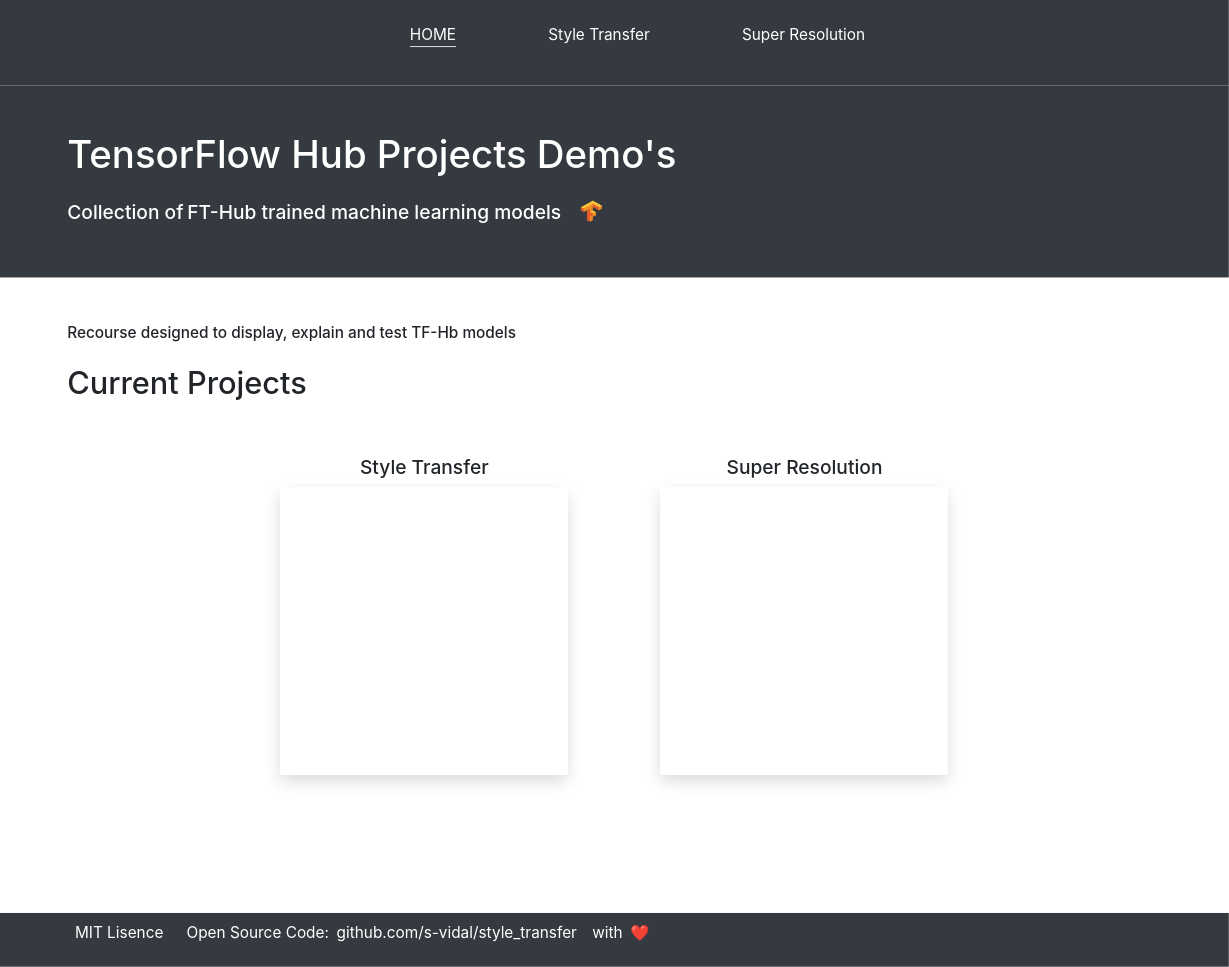
Repository: s-vidal/style_transfer
Page: / (app in client/)
An editor plug-in stored every save of this project. The page is shown before and after the next save, followed by the edit.
The browser window is 1280 px wide. The pictures show the whole page, at 96% of full size.
The page's requests for data from a server got no answer. The project was rebuilt for these pictures with package versions that can differ from the ones it lists, and the page was loaded fresh each time. A package was used in the major version that the imports need, not the one package.json lists. No one was signed in, and anything a server would have sent is missing. Also part of the build but not shown: client/src/components/DropZone.jsx, client/src/lib/api.js, client/src/components/Inference.jsx, client/src/components/Header.jsx, client/src/pages/StyleTransfer.jsx, client/src/pages/SuperResolution.jsx.

Above is the page before, as saved 2020-09-30 16:23:33.

### client/public/index.html
<!DOCTYPE html>
<html lang="en">
  <head>
    <meta charset="utf-8" />
    <link rel="icon" href="%PUBLIC_URL%/favicon.ico" />
    <meta name="viewport" content="width=device-width, initial-scale=1" />
    <meta name="theme-color" content="#000000" />
    <meta
      name="description"
      content="Web site created using create-react-app"
    />
    <link rel="apple-touch-icon" href="%PUBLIC_URL%/logo192.png" />
    <!--
      manifest.json provides metadata used when your web app is installed on a
      user's mobile device or desktop. See https://developers.google.com/web/fundamentals/web-app-manifest/
    -->
    <link rel="manifest" href="%PUBLIC_URL%/manifest.json" />
    <!--
      Notice the use of %PUBLIC_URL% in the tags above.
      It will be replaced with the URL of the `public` folder during the build.
      Only files inside the `public` folder can be referenced from the HTML.

      Unlike "/favicon.ico" or "favicon.ico", "%PUBLIC_URL%/favicon.ico" will
      work correctly both with client-side routing and a non-root public URL.
      Learn how to configure a non-root public URL by running `npm run build`.
    -->
    <!-- CSS only -->
    <link
      rel="stylesheet"
      href="https://stackpath.bootstrapcdn.com/bootstrap/4.5.2/css/bootstrap.min.css"
      integrity="sha384-JcKb8q3iqJ61gNV9KGb8thSsNjpSL0n8PARn9HuZOnIxN0hoP+VmmDGMN5t9UJ0Z"
      crossorigin="anonymous"
    />
    <title>React App</title>
  </head>
  <body>
    <noscript>You need to enable JavaScript to run this app.</noscript>
    <div id="root"></div>
    <!--
      This HTML file is a template.
      If you open it directly in the browser, you will see an empty page.

      You can add webfonts, meta tags, or analytics to this file.
      The build step will place the bundled scripts into the <body> tag.

      To begin the development, run `npm start` or `yarn start`.
      To create a production bundle, use `npm run build` or `yarn build`.
    -->
    <!-- JS, Popper.js, and jQuery -->
    <script
      src="https://code.jquery.com/jquery-3.5.1.slim.min.js"
      integrity="sha384-DfXdz2htPH0lsSSs5nCTpuj/zy4C+OGpamoFVy38MVBnE+IbbVYUew+OrCXaRkfj"
      crossorigin="anonymous"
    ></script>
    <script
      src="https://cdn.jsdelivr.net/npm/popper.js@1.16.1/dist/umd/popper.min.js"
      integrity="sha384-9/reFTGAW83EW2RDu2S0VKaIzap3H66lZH81PoYlFhbGU+6BZp6G7niu735Sk7lN"
      crossorigin="anonymous"
    ></script>
    <script
      src="https://stackpath.bootstrapcdn.com/bootstrap/4.5.2/js/bootstrap.min.js"
      integrity="sha384-B4gt1jrGC7Jh4AgTPSdUtOBvfO8shuf57BaghqFfPlYxofvL8/KUEfYiJOMMV+rV"
      crossorigin="anonymous"
    ></script>
  </body>
</html>

### client/src/App.js
import React from "react";
import {BrowserRouter as Router, Switch, Route} from "react-router-dom";
import "./App.css";
import StyleTransfer from "./pages/StyleTransfer";
import SuperResolution from "./pages/SuperResolution";
import Footer from "./components/Footer";
import NavBar from "./components/NavBar";
import HomePage from "./pages/HomePage";

function App() {
  return (
    <div>
      <Router>
        <NavBar />
        <Switch>
          <Route path="/super-resolution">
            <SuperResolution />
          </Route>
          <Route path="/style-transfer">
            <StyleTransfer />
          </Route>
          <Route path="/">
            <HomePage />
          </Route>
        </Switch>
        <Footer />
      </Router>
    </div>
  );
}

export default App;

### client/src/App.css
.vh-59 {
  min-height: 48vh;
}

.italic {
  font-style: italic;
}

### client/src/components/Footer.jsx
import React from "react";

const Footer = () => {
  return (
    <div className="text-white bg-dark">
      <div className="container mt-5">
        <div className="row p-2 mt-4">
          <p className="mr-4">MIT Lisence</p>
          <p>Open Source Code:</p>
          <a
            className="ml-2 text-white"
            href="https://github.com/s-vidal/style_transfer"
          >
            <span>github.com/s-vidal/style_transfer</span>
          </a>
          <p className="ml-3 mr-1"> with </p>
          <span role="img" aria-label="emoji" className="ml-1">
            ❤️
          </span>
        </div>
      </div>
    </div>
  );
};

export default Footer;

### client/src/components/NavBar.jsx
import React, {useState, useEffect} from "react";
import {Link, useLocation} from "react-router-dom";
import "./NavBar.css";

const NavBar = () => {
  const [currentPage, setCurrentPage] = useState("");
  const location = useLocation();

  useEffect(() => {
    const currentPath = location.pathname;
    setCurrentPage(currentPath.substring(1));
  }, [location]);

  return (
    <nav className="navbar navbar-expand-lg d-flex justify-content-center bg-dark pt-3 pb-3">
      <ul className="navbar-nav">
        <li className="nav-item">
          <Link className="nav-link pl-5 pr-5" to={"/"}>
            <div className="ml-5 ">
              <p
                className={
                  currentPage === ""
                    ? "text-white nav-text active border-bottom"
                    : "text-white nav-text"
                }
              >
                HOME
              </p>
            </div>
          </Link>
        </li>
        <li className="nav-item">
          <Link
            className="nav-link pl-5 pr-5 text-white"
            to={"/style-transfer"}
          >
            <p
              className={
                currentPage === "style-transfer"
                  ? "text-white nav-text active border-bottom"
                  : "text-white nav-text"
              }
            >
              Style Transfer
            </p>
          </Link>
        </li>
        <li className="nav-item active">
          <Link
            className="nav-link pl-5 pr-5 text-white"
            to={"/super-resolution"}
          >
            <p
              className={
                currentPage === "super-resolution"
                  ? "text-white nav-text active border-bottom"
                  : "text-white nav-text"
              }
            >
              Super Resolution
            </p>
          </Link>
        </li>
      </ul>
    </nav>
  );
};

export default NavBar;

### client/src/pages/HomePage.jsx
import React from "react";
import "../components/HomePage.css";

const HomePage = () => {
  return (
    <>
      <div className="bg-dark text-white p-4 pt-5 pb-5">
        <div className="container">
          <div className="row">
            <h1>TensorFlow Hub Projects Demo's</h1>
          </div>
          <div className="row mt-3">
            <h5>Collection of</h5>
            <a
              href="https://tfhub.dev/google/magenta/arbitrary-image-stylization-v1-256/2"
              className="pl-1 pr-1 text-white"
            >
              <h5>FT-Hub trained machine learning models</h5>
            </a>
            <img
              className="ml-3"
              src={require("../img/tf_logo.png")}
              alt="tf"
              width="22"
              height="22"
            ></img>
          </div>
        </div>
      </div>
      <div className="vh-59 p-5 pb-0">
        <div className="container p-0">
          <div>
            <h6 className="mb-4">
              Recourse designed to display, explain and test TF-Hb models
            </h6>
            <h2 className="mt-2">Current Projects</h2>
          </div>
          <div className="row d-flex justify-content-center">
            <div className="m-5">
              <h5 className="text-center">Style Transfer</h5>
              <div className="home-item shadow"></div>
            </div>
            <div className="m-5">
              <h5 className="text-center"> Super Resolution</h5>
              <div className="home-item shadow"></div>
            </div>
          </div>
        </div>
      </div>
    </>
  );
};

export default HomePage;

### client/src/components/NavBar.css
.nav-text:hover {
  border-bottom: 1px solid white;
  transition-duration: 0.5s ease-in-out;
}

### client/src/components/HomePage.css
.home-item {
  min-width: 300px;
  min-height: 300px;
}
.home-item:hover {
  cursor: pointer;
  transform: translate(3px, 3px);
  transition-duration: 0.5s ease-in-out;
}

Loaded but not shown: client/src/index.js (common file); client/src/index.css (common file); client/src/serviceWorker.js (common file)

After the next save:
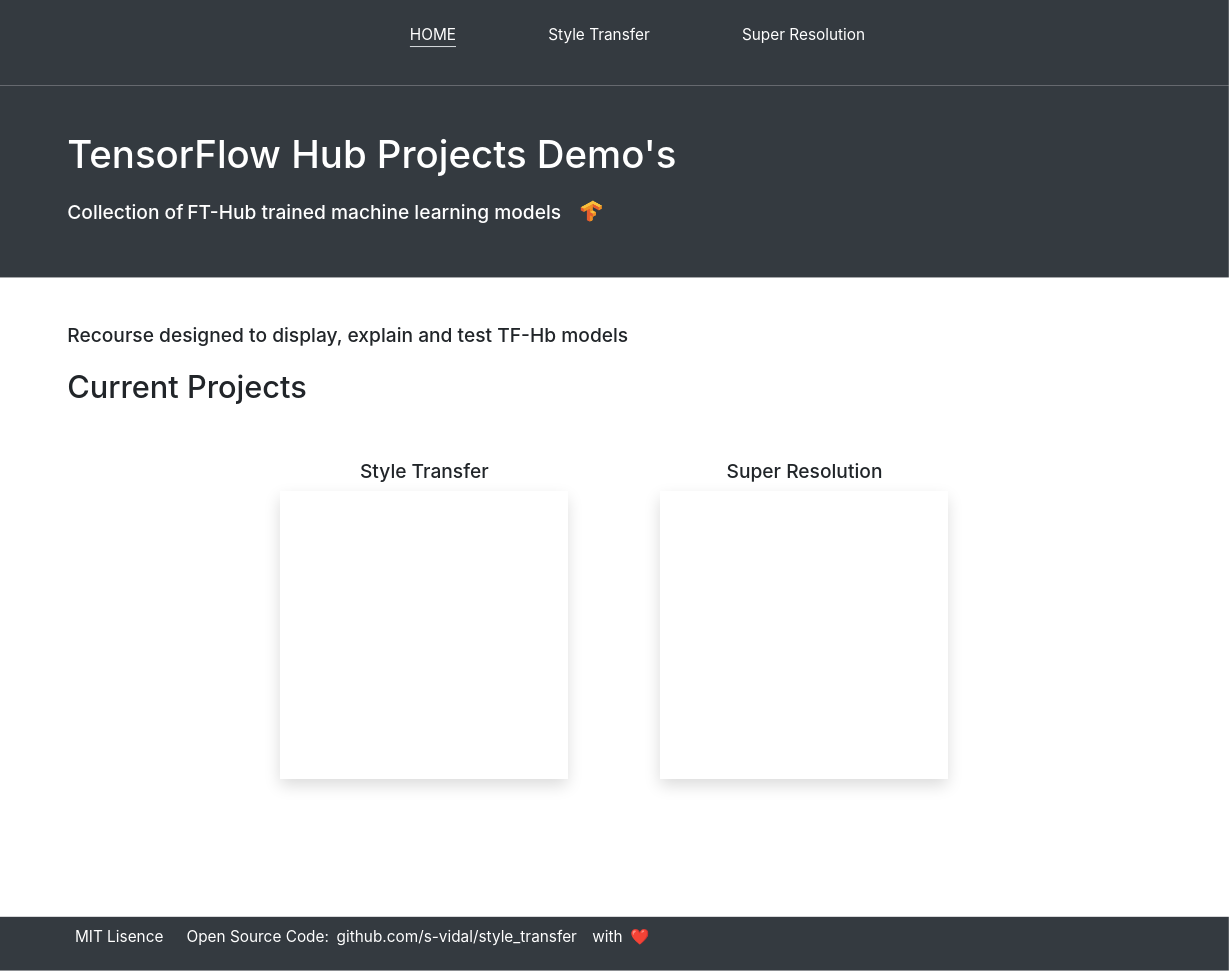
Saved 4 s later.
--- a/client/src/pages/HomePage.jsx
+++ b/client/src/pages/HomePage.jsx
@@ -30,9 +30,9 @@
       <div className="vh-59 p-5 pb-0">
         <div className="container p-0">
           <div>
-            <h6 className="mb-4">
+            <h5 className="mb-4">
               Recourse designed to display, explain and test TF-Hb models
-            </h6>
+            </h5>
             <h2 className="mt-2">Current Projects</h2>
           </div>
           <div className="row d-flex justify-content-center">
